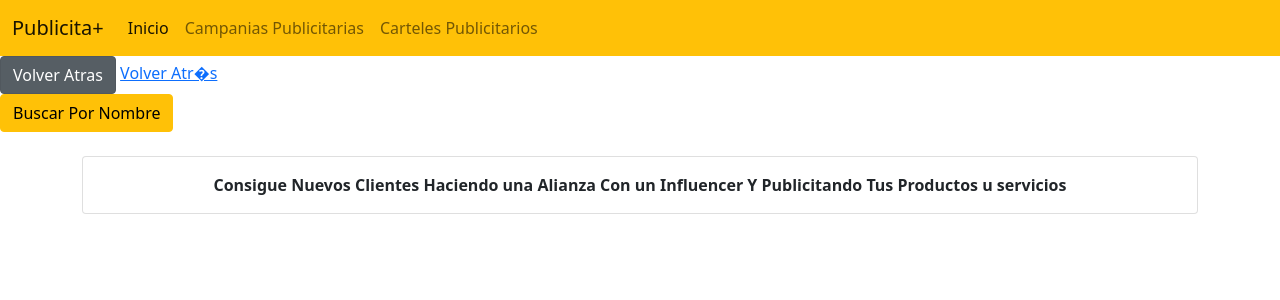
Repository: programador23/PublicitaMasWebVersionFinal
Page: http://localhost/listapublicidadgeneral
These files come from the project's save history. The page is drawn as it stood at one moment and after the next save; the edit follows.
The browser window is 1280 px wide. The pictures show the whole page.
The page is this project's Thymeleaf template; nobody is signed in. The template is opened directly, without the code that normally fills it, so the values that code supplies are empty.

Above is the page before, as saved 2021-07-06 01:06:50.

### PublicitaMasWeb-master/src/main/resources/templates/listapublicidadgeneral.html
<!DOCTYPE html>
<html xmlns:th="http://www.thymeLeaf.org">
<head>
<meta charset="ISO-8859-1">
<title>Lista de campanias</title>
<link
	href="https://cdn.jsdelivr.net/npm/bootstrap@5.0.0-beta2/dist/css/bootstrap.min.css"
	rel="stylesheet"
	integrity="sha384-BmbxuPwQa2lc/FVzBcNJ7UAyJxM6wuqIj61tLrc4wSX0szH/Ev+nYRRuWlolflfl"
	crossorigin="anonymous">

<script src="https://cdn.jsdelivr.net/npm/bootstrap@5.0.2/dist/js/bootstrap.bundle.min.js" integrity="sha384-MrcW6ZMFYlzcLA8Nl+NtUVF0sA7MsXsP1UyJoMp4YLEuNSfAP+JcXn/tWtIaxVXM" crossorigin="anonymous"></script>

</head>
<header>
	<nav class="navbar navbar-expand-lg navbar-light bg-warning">
		<div class="container-fluid">
			<a class="navbar-brand" href="#">Publicita+</a>
			<button class="navbar-toggler" type="button" data-bs-toggle="collapse" data-bs-target="#navbarNavAltMarkup"
				aria-controls="navbarNavAltMarkup" aria-expanded="false" aria-label="Toggle navigation">
				<span class="navbar-toggler-icon"></span>
			</button>
			<div class="collapse navbar-collapse" id="navbarNavAltMarkup">
				<div class="navbar-nav">
					<a class="nav-link active" aria-current="page" href="/index">Inicio</a>
					<a class="nav-link" href="/listarPublicidad">Campanias Publicitarias</a>
					<a class="nav-link" href="/listacarteles">Carteles Publicitarios</a>



				</div>
			</div>
		</div>
	</nav>
</header>

<body>
<div class="btn-group">
  <a href="javascript:history.back()" class="btn btn-secondary active" aria-current="page">Volver Atras</a>
</div>

<a href="javascript:history.back()"> Volver Atrás</a>
<br>
<a th:href="@{/listanombre}"Class="btn btn-warning">Buscar Por Nombre</a>


<div class="container mt-4">

<div class="card">
  <div class="card-body text-center" >
    <b>Consigue Nuevos Clientes Haciendo una Alianza Con un Influencer Y Publicitando Tus Productos u servicios </b>
  </div>
</div>
<br>

<div class="row">
 <td th:each="campaniapublicitaria:${campaniapublicitaria}">
<div class="card" style="width: 18rem;">
  <div class="card-body">
  <div class="thumbnail">
  <img  th:src="@{'/recursos/' + ${campaniapublicitaria.image}}" class="card-img-top" alt="" >
  </div>
    <h5 class="card-title" th:text="${campaniapublicitaria.nombre} ">Card title</h5>
    Duracion de la campania<p class="card-text" th:text="${campaniapublicitaria.duracion}"></p>
    Pago<p class="card-text" th:text="${campaniapublicitaria.valor}"></p>
    <a th:href="@{detalle/}+${campaniapublicitaria.id}" class="btn btn-warning">Ver Publicacion</a>
  </div>

</div>
<br>
</td>
</div>
</div>





</body>
</html>

After the next save:
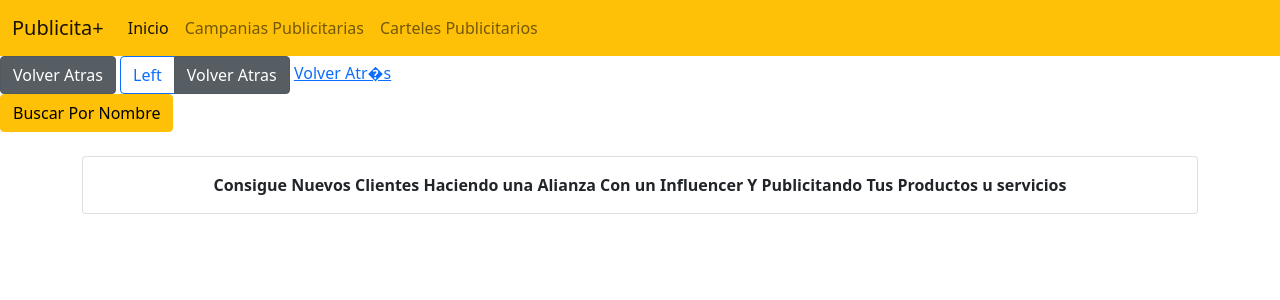
Saved 2 min 2 s later.
--- a/PublicitaMasWeb-master/src/main/resources/templates/listapublicidadgeneral.html
+++ b/PublicitaMasWeb-master/src/main/resources/templates/listapublicidadgeneral.html
@@ -39,7 +39,14 @@
   <a href="javascript:history.back()" class="btn btn-secondary active" aria-current="page">Volver Atras</a>
 </div>
 
+<div class="btn-group" role="group" aria-label="Basic outlined example">
+  <button type="button" class="btn btn-outline-primary">Left</button>
+<a href="javascript:history.back()" class="btn btn-secondary active" aria-current="page">Volver Atras</a>
+</div>
+
+
 <a href="javascript:history.back()"> Volver Atrás</a>
+
 <br>
 <a th:href="@{/listanombre}"Class="btn btn-warning">Buscar Por Nombre</a>
 
